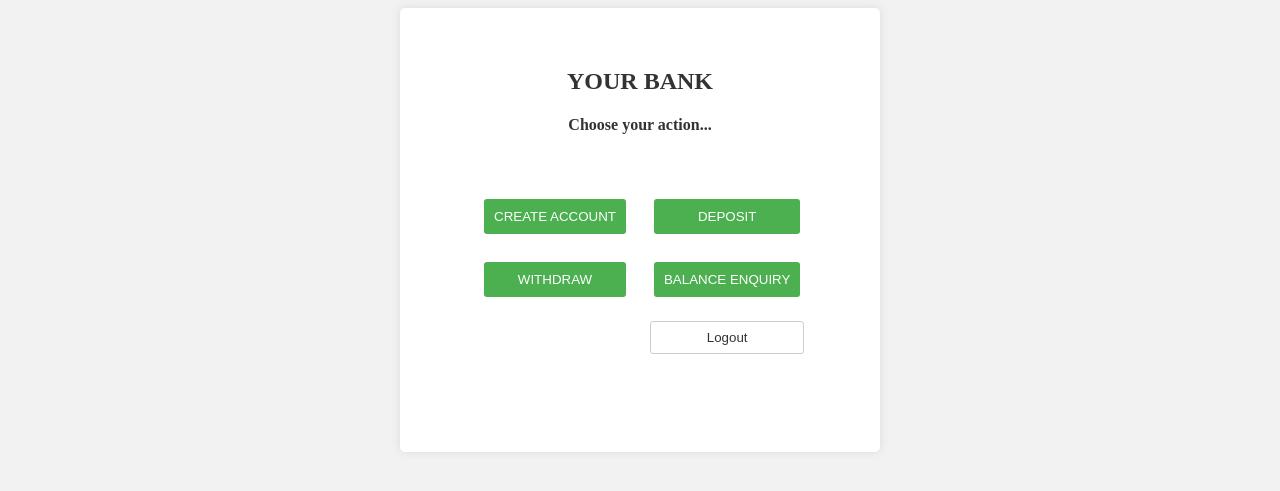
Repository: mansistic-0n3/Java_IGT
Page: Java Project/BankJSP/src/main/webapp/Home.html
The author's editor kept a copy of each file at every save. The page is drawn from the files as they stood at one save, then again after the next save.
The browser window is 1280 px wide. The pictures show the whole page.

Above is the page before, as saved 2023-06-29 08:28:39.

After the next save:
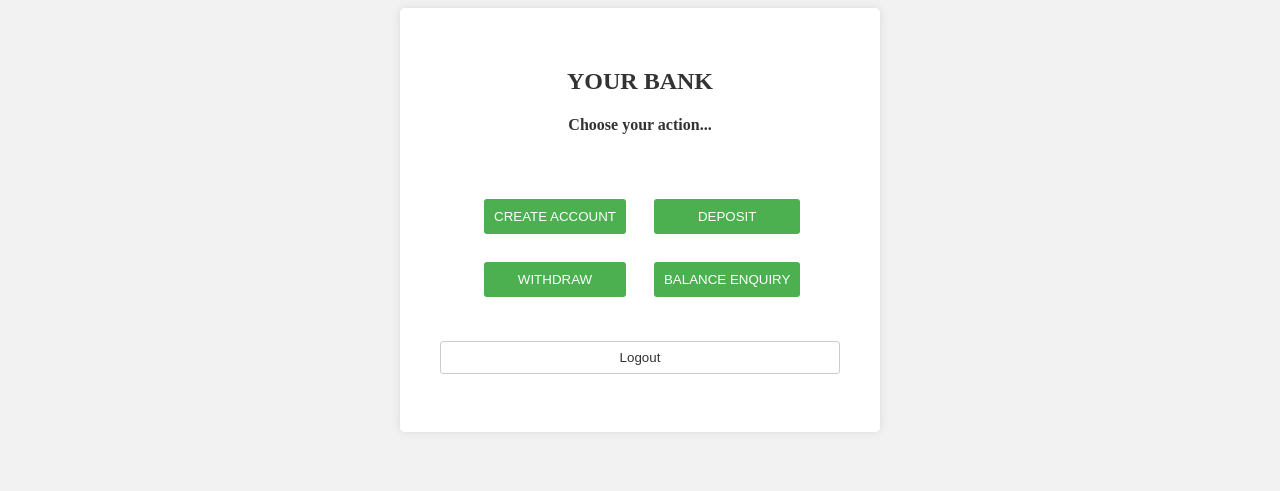
Saved 119 s later.
--- a/Java Project/BankJSP/src/main/webapp/Home.html
+++ b/Java Project/BankJSP/src/main/webapp/Home.html
@@ -20,9 +20,8 @@
      <form action="Bal.html"> <div style="text-align: center;padding:4px;">
       <input type="submit" value = "BALANCE ENQUIRY" style="width: 100%; padding: 10px; border-radius: 3px; border: none; background-color: #4CAF50; color: #ffffff; cursor: pointer;">
     </div></form>
-     </form><br><form action="login.html">
+  </div><form action="login.html">
         <input type="submit" value="Logout" style="width: 100%; padding: 8px; border-radius: 3px; border: 1px solid #cccccc; background-color: #ffffff; color: #333333; cursor: pointer;">
-      <br><br>
-  </div></div>
+      <br><br></form></div>
 </body>
 </html>
